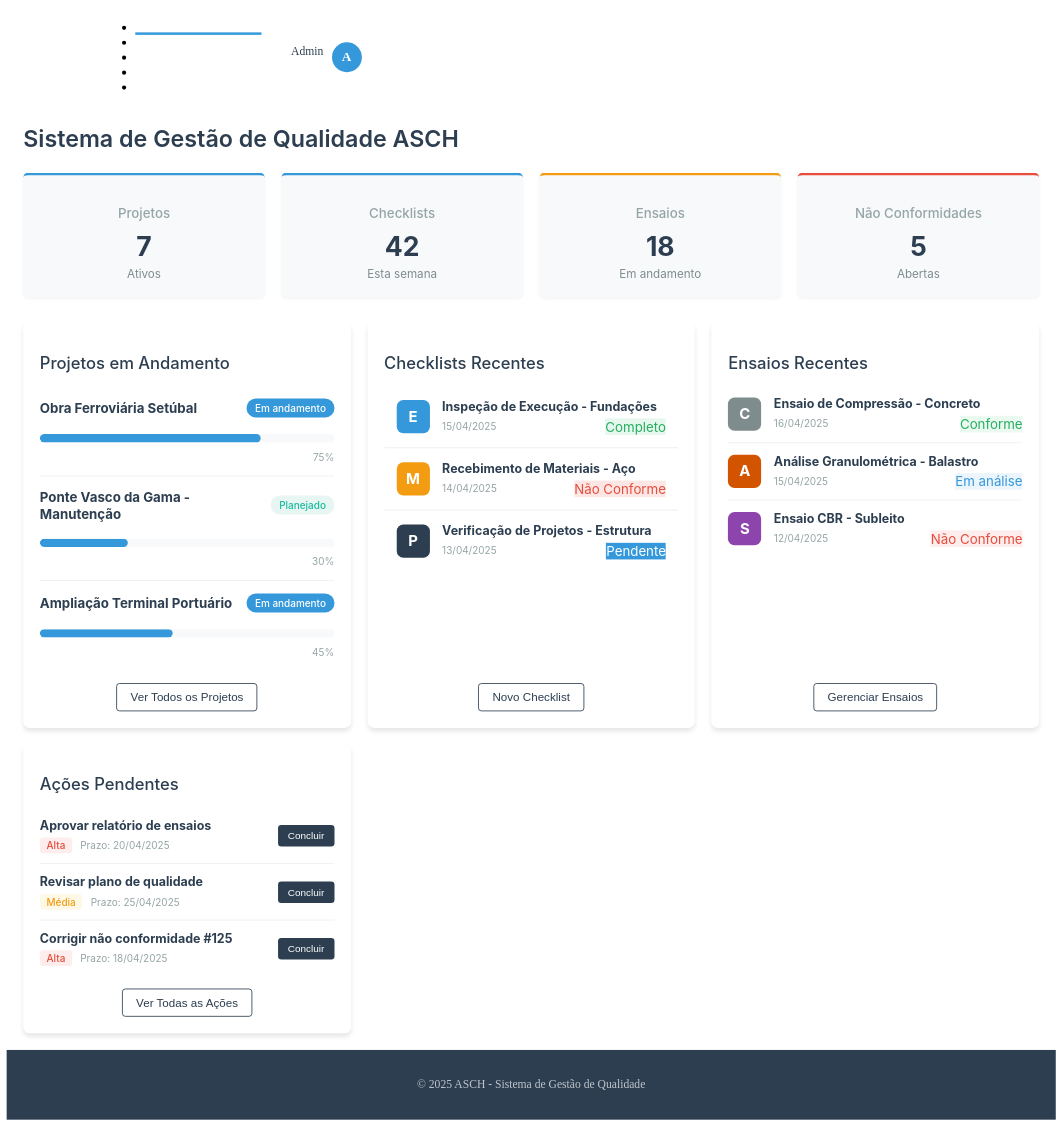
Repository: aschinfraestructuras/asch-quality-system
Page: / (app in client/)
An editor plug-in stored every save of this project. The page is shown before and after the next save, followed by the edit.
The browser window is 1280 px wide. The pictures show the whole page, at 83% of full size.
The project was rebuilt for these pictures with package versions that can differ from the ones it lists, and the page was loaded fresh each time. Also part of the build but not shown: client/vite.config.ts.

Above is the page before, as saved 2025-04-17 10:15:32.

After the next save:
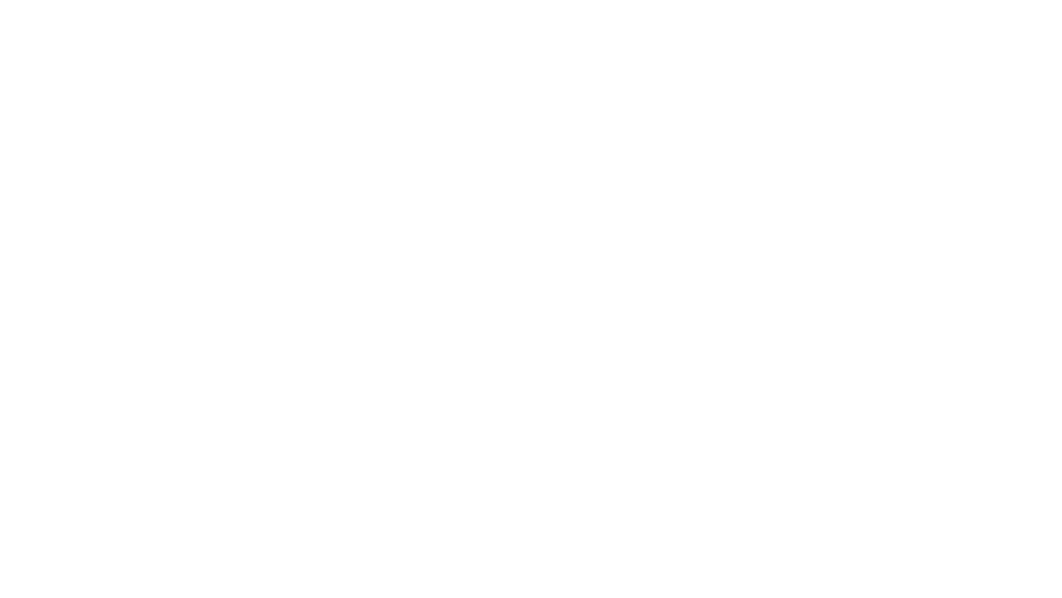
Console error: ReferenceError: c is not defined
Saved 20 s later.
--- a/client/src/App.tsx
+++ b/client/src/App.tsx
@@ -79,4 +79,4 @@
   );
 };
 
-export default App;
+export default App;c

After the save that followed:
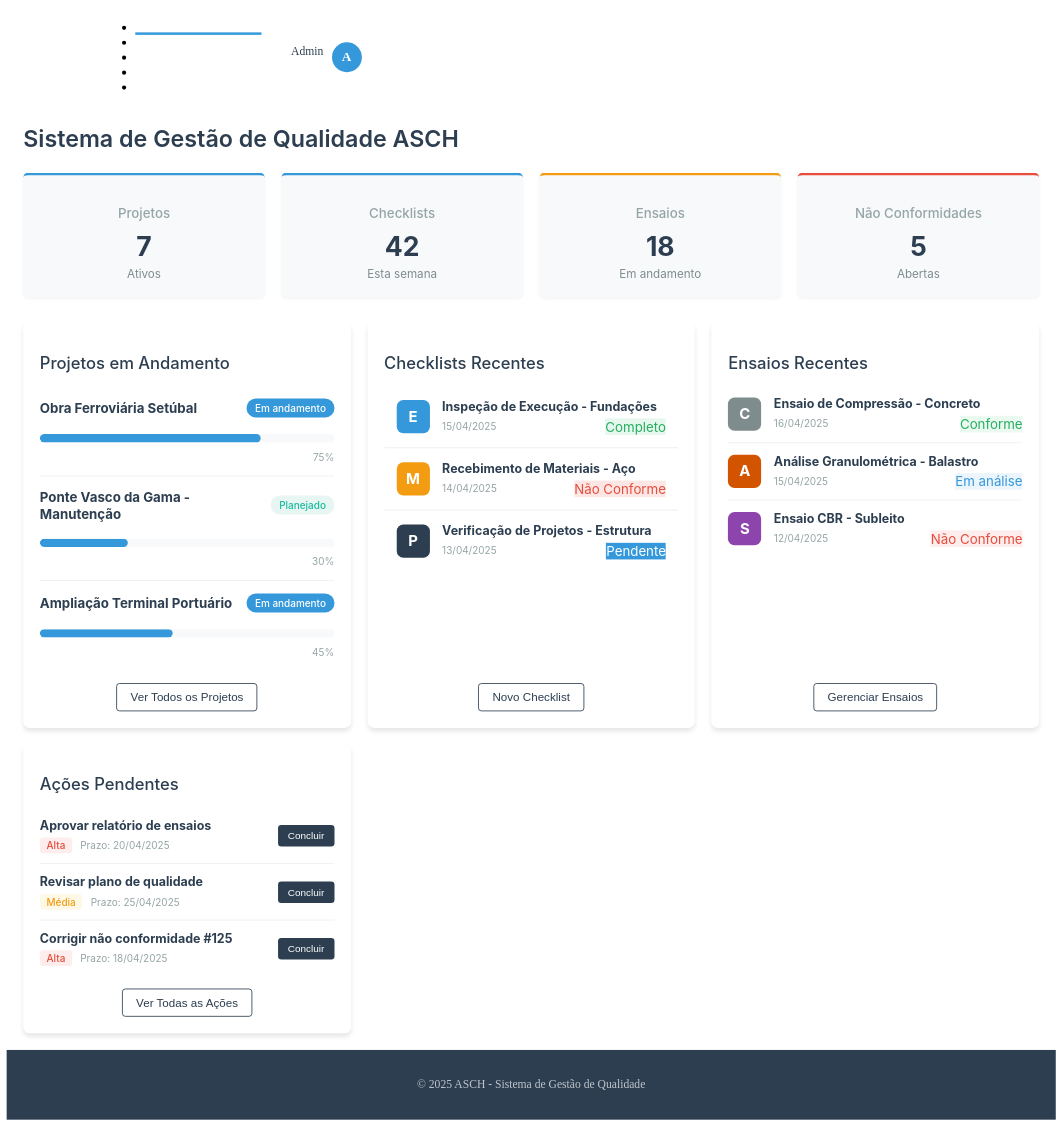
The error is gone.
Saved 4 s later.
--- a/client/src/App.tsx
+++ b/client/src/App.tsx
@@ -79,4 +79,4 @@
   );
 };
 
-export default App;c
+export default App;
